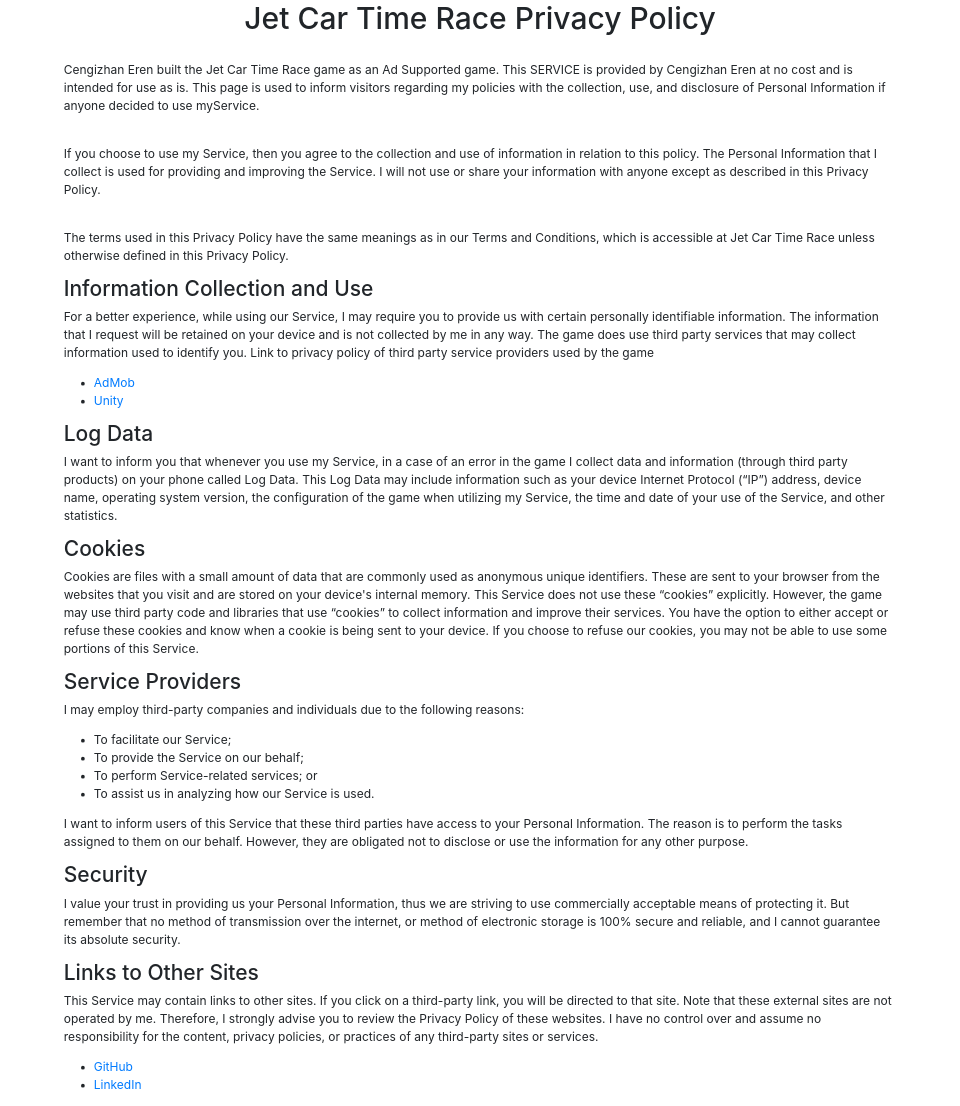
Repository: CengoCengo/cengocengo.github.io
Page: jetcartimeraceprivacypolicy.html
The author's editor kept a copy of each file at every save. The page is drawn from the files as they stood at one save, then again after the next save.
The browser window is 1280 px wide. The pictures show the whole page, at 75% of full size.

Above is the page before, as saved 2022-10-11 14:50:06.

After the next save:
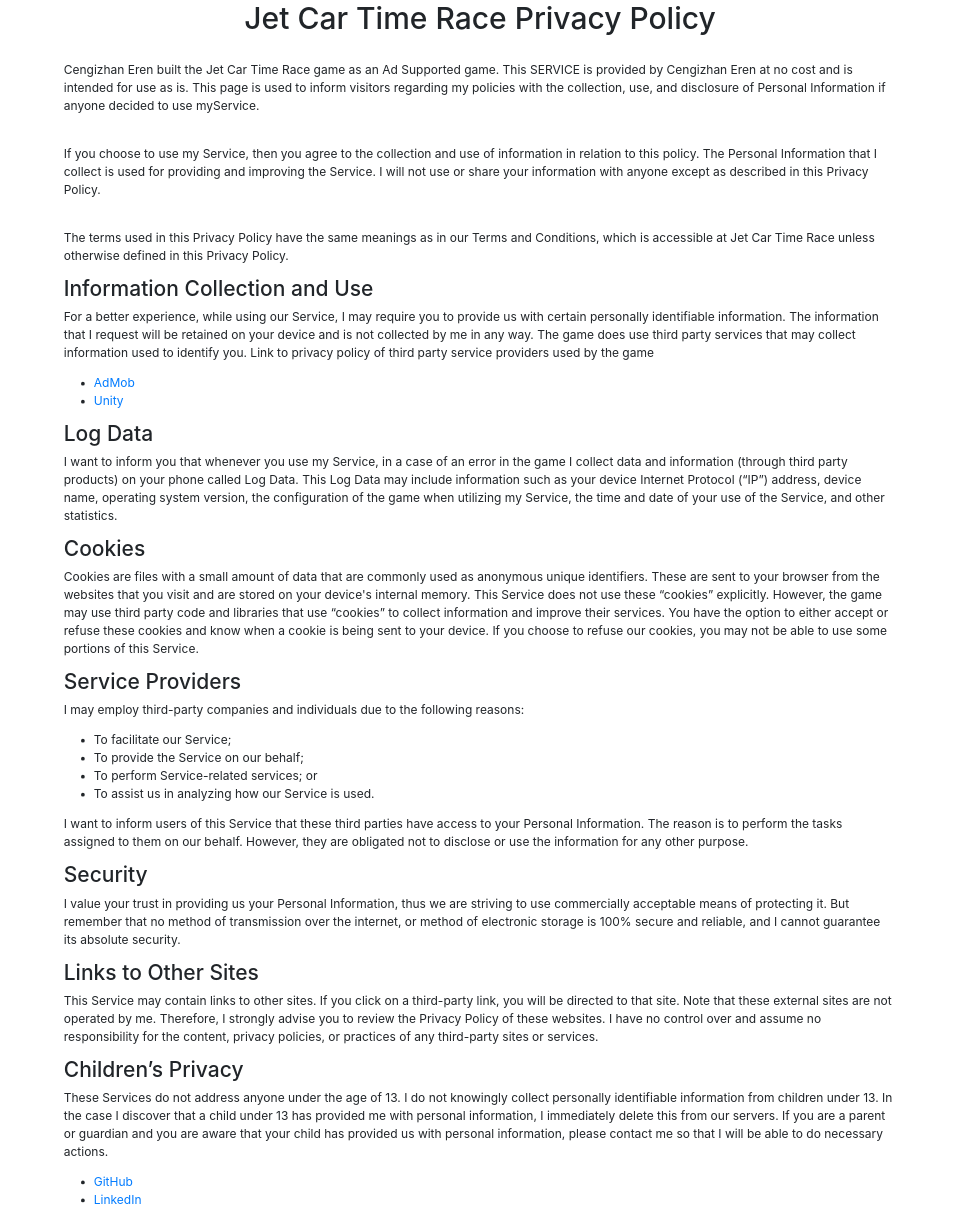
Saved 47 s later.
--- a/jetcartimeraceprivacypolicy.html
+++ b/jetcartimeraceprivacypolicy.html
@@ -111,7 +111,12 @@
 the content, privacy policies, or practices of any third-party sites or services.
                         </p>
 
-
+                        <h3>Children’s Privacy </h3>
+                        <p>
+                            These Services do not address anyone under the age of 13. I do not knowingly collect personally identifiable information from children under 13. In the
+case I discover that a child under 13 has provided me with personal information, I immediately delete this from our servers. If you are a parent or
+guardian and you are aware that your child has provided us with personal information, please contact me so that I will be able to do necessary actions.
+                        </p>
 
 
 						<nav>
